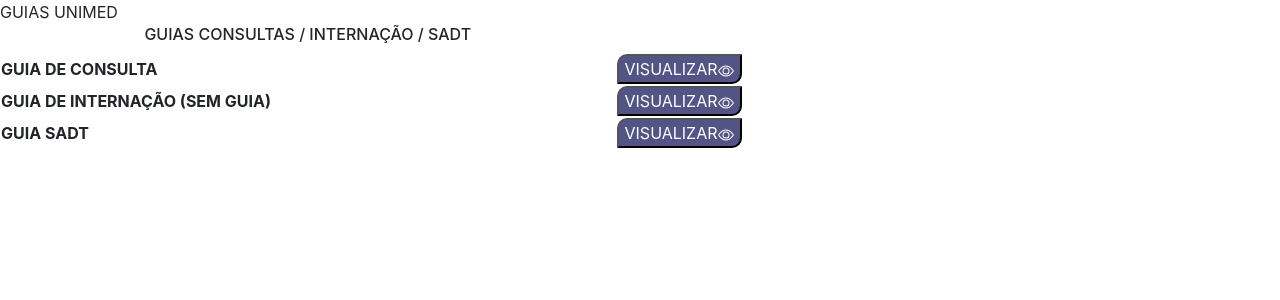
Repository: Leandromarim/INTRANET_PARTICULAR
Page: guiasUnimed.html
The author's editor kept a copy of each file at every save. The page is drawn from the files as they stood at one save, then again after the next save.
The browser window is 1280 px wide. The pictures show the whole page.

Above is the page before, as saved 2021-12-29 14:04:47.
Not found: ajax.js

### guiasUnimed.html
<!DOCTYPE html>
<html lang="pt-br">

<head>
    <meta charset="UTF-8" />
    <meta http-equiv="X-UA-Compatible" content="IE=edge" />
    <meta name="viewport" content="width=device-width, initial-scale=1.0" />
    <link rel="stylesheet" href="./assets/css/bootstrap-grid.css" />
    <link rel="stylesheet" href="./assets/css/bootstrap-grid.min.css" />
    <link rel="stylesheet" href="./assets/css/bootstrap.css" />
    <link rel="stylesheet" href="./assets/css/bootstrap.css" />
    <link rel="stylesheet" href="./assets/css/tables.css" />
    <link rel="stylesheet" href="./assets/css/body.css" />
    <link rel="stylesheet" href="https://stackpath.bootstrapcdn.com/bootstrap/4.1.3/css/bootstrap.min.css" integrity="sha384-MCw98/SFnGE8fJT3GXwEOngsV7Zt27NXFoaoApmYm81iuXoPkFOJwJ8ERdknLPMO" crossorigin="anonymous" />
    <link rel="icon" href="./image/ico/ico_ha.ico" />
    <title>Intranet 2.0</title>
</head>

<body>
    <header id="mainheader"></header>
    <main>
        <section class="container-titulo-tabela">
            <span class="titulo-docs">GUIAS UNIMED</span>
        </section>
        <div class="table-centralizado">
            <table class="col-sm-6 col-lg-8">
                <thead>
                    <th class="titulo-setor" colspan="2">
                        <h6>GUIAS CONSULTAS / INTERNAÇÃO / SADT</h6>
                    </th>
                </thead>
                <tbody class="col-sm-6 col-lg-8">
                    <tr>
                        <th class="titulo">GUIA DE CONSULTA</th>
                        <td><a href="#" target="self"><button type="button" class="btn-visualizar">VISUALIZAR<svg xmlns="http://www.w3.org/2000/svg" width="16" height="16" fill="currentColor" class="bi bi-eye" viewBox="0 0 16 16">
                    <path d="M16 8s-3-5.5-8-5.5S0 8 0 8s3 5.5 8 5.5S16 8 16 8zM1.173 8a13.133 13.133 0 0 1 1.66-2.043C4.12 4.668 5.88 3.5 8 3.5c2.12 0 3.879 1.168 5.168 2.457A13.133 13.133 0 0 1 14.828 8c-.058.087-.122.183-.195.288-.335.48-.83 1.12-1.465 1.755C11.879 11.332 10.119 12.5 8 12.5c-2.12 0-3.879-1.168-5.168-2.457A13.134 13.134 0 0 1 1.172 8z"/>
                    <path d="M8 5.5a2.5 2.5 0 1 0 0 5 2.5 2.5 0 0 0 0-5zM4.5 8a3.5 3.5 0 1 1 7 0 3.5 3.5 0 0 1-7 0z"/>
                  </svg></button></a></td>
                    </tr>
                    <tr>
                        <th class="titulo">GUIA DE INTERNAÇÃO (SEM GUIA)</th>
                        <td><a href="doc/guias/saudeitau_internacao.pdf"target="self"><button type="button" class="btn-visualizar">VISUALIZAR<svg xmlns="http://www.w3.org/2000/svg" width="16" height="16" fill="currentColor" class="bi bi-eye" viewBox="0 0 16 16">
                    <path d="M16 8s-3-5.5-8-5.5S0 8 0 8s3 5.5 8 5.5S16 8 16 8zM1.173 8a13.133 13.133 0 0 1 1.66-2.043C4.12 4.668 5.88 3.5 8 3.5c2.12 0 3.879 1.168 5.168 2.457A13.133 13.133 0 0 1 14.828 8c-.058.087-.122.183-.195.288-.335.48-.83 1.12-1.465 1.755C11.879 11.332 10.119 12.5 8 12.5c-2.12 0-3.879-1.168-5.168-2.457A13.134 13.134 0 0 1 1.172 8z"/>
                    <path d="M8 5.5a2.5 2.5 0 1 0 0 5 2.5 2.5 0 0 0 0-5zM4.5 8a3.5 3.5 0 1 1 7 0 3.5 3.5 0 0 1-7 0z"/>
                  </svg></button></a></td>
                    </tr>
                    <tr>
                        <th class="titulo">GUIA SADT</th>
                        <td><a href="doc/guias/unimed_sadt.pdf" target="self"><button type="button" class="btn-visualizar">VISUALIZAR<svg xmlns="http://www.w3.org/2000/svg" width="16" height="16" fill="currentColor" class="bi bi-eye" viewBox="0 0 16 16">
                    <path d="M16 8s-3-5.5-8-5.5S0 8 0 8s3 5.5 8 5.5S16 8 16 8zM1.173 8a13.133 13.133 0 0 1 1.66-2.043C4.12 4.668 5.88 3.5 8 3.5c2.12 0 3.879 1.168 5.168 2.457A13.133 13.133 0 0 1 14.828 8c-.058.087-.122.183-.195.288-.335.48-.83 1.12-1.465 1.755C11.879 11.332 10.119 12.5 8 12.5c-2.12 0-3.879-1.168-5.168-2.457A13.134 13.134 0 0 1 1.172 8z"/>
                    <path d="M8 5.5a2.5 2.5 0 1 0 0 5 2.5 2.5 0 0 0 0-5zM4.5 8a3.5 3.5 0 1 1 7 0 3.5 3.5 0 0 1-7 0z"/>
                  </svg></button></a></td>
                    </tr>
                </tbody>
            </table>
        </div>
        <br><br><br><br><br><br><br><br><br>
    </main>
    <footer id="mainfooter"></footer>
</body>
<script src="assets/js/bootstrap.js"></script>
<script src="ajax.js"></script>

</html>

### assets/css/tables.css
section.table-centralizado, thead{
    position: relative;
    display: flex;
    align-items: center;
    align-content: center;
    justify-content: center;
    justify-items: center;
}

.tabela {
    position: relative;
    display: flex;
    align-items: center;
    align-content: center;
    justify-items: center;
    justify-content: center;
}

thead h2.titulo-tabela {
    position: relative;
    display: flex;
    justify-content: center;
    justify-items: center;
    align-items: center;
    align-content: center;
}


main table.table {
    background-color: #fff;
}

th.celula,
td.coluna {
    color: #525486;
    text-transform: uppercase;
}

th {
    border-radius: 20px;
}

td .btn-visualizar {
    background-color: #525486;
    color: #fff;
    border-radius: 10px 0 10px 0;
}

td .btn-visualizar:hover {
    background-color: #fff;
    color: #525486;
}

### assets/css/body.css
.container-card {
    display: flex;
    position: relative;
    align-items: center;
    align-content: center;
    justify-content: center;
    justify-items: center;
}

.container-card img {
    border-radius: 20px 0 20px 0;
}

div.card {
    position: relative;
    display: flex;
    width: 20rem;
    margin: 5px;
    padding: 1px;
    background-color: #525486;
    border-radius: 20px 0 20px 0;
    top: 10px;
}

#card-text {
    display: flex;
    position: relative;
    color: white;
    align-content: center;
    align-items: center;
    justify-content: center;
    justify-items: center;
}

.titulo-docs h2 {
    position: relative;
    display: flex;
    justify-content: center;
    color: #525486;
}

Loaded but not shown: assets/css/bootstrap-grid.css (library); assets/css/bootstrap-grid.min.css (library); assets/css/bootstrap.css (library); assets/js/bootstrap.js (library)

After the next save:
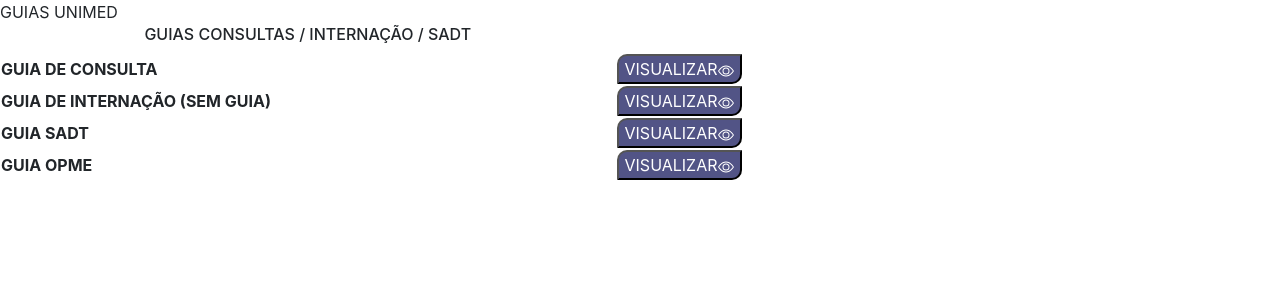
Saved 28 s later.
--- a/guiasUnimed.html
+++ b/guiasUnimed.html
@@ -51,6 +51,13 @@
                     <path d="M8 5.5a2.5 2.5 0 1 0 0 5 2.5 2.5 0 0 0 0-5zM4.5 8a3.5 3.5 0 1 1 7 0 3.5 3.5 0 0 1-7 0z"/>
                   </svg></button></a></td>
                     </tr>
+                    <tr>
+                        <th class="titulo">GUIA OPME</th>
+                        <td><a href="doc/guias/saudeitau_opme.pdf" target="self"><button type="button" class="btn-visualizar">VISUALIZAR<svg xmlns="http://www.w3.org/2000/svg" width="16" height="16" fill="currentColor" class="bi bi-eye" viewBox="0 0 16 16">
+                    <path d="M16 8s-3-5.5-8-5.5S0 8 0 8s3 5.5 8 5.5S16 8 16 8zM1.173 8a13.133 13.133 0 0 1 1.66-2.043C4.12 4.668 5.88 3.5 8 3.5c2.12 0 3.879 1.168 5.168 2.457A13.133 13.133 0 0 1 14.828 8c-.058.087-.122.183-.195.288-.335.48-.83 1.12-1.465 1.755C11.879 11.332 10.119 12.5 8 12.5c-2.12 0-3.879-1.168-5.168-2.457A13.134 13.134 0 0 1 1.172 8z"/>
+                    <path d="M8 5.5a2.5 2.5 0 1 0 0 5 2.5 2.5 0 0 0 0-5zM4.5 8a3.5 3.5 0 1 1 7 0 3.5 3.5 0 0 1-7 0z"/>
+                  </svg></button></a></td>
+                    </tr>
                 </tbody>
             </table>
         </div>
